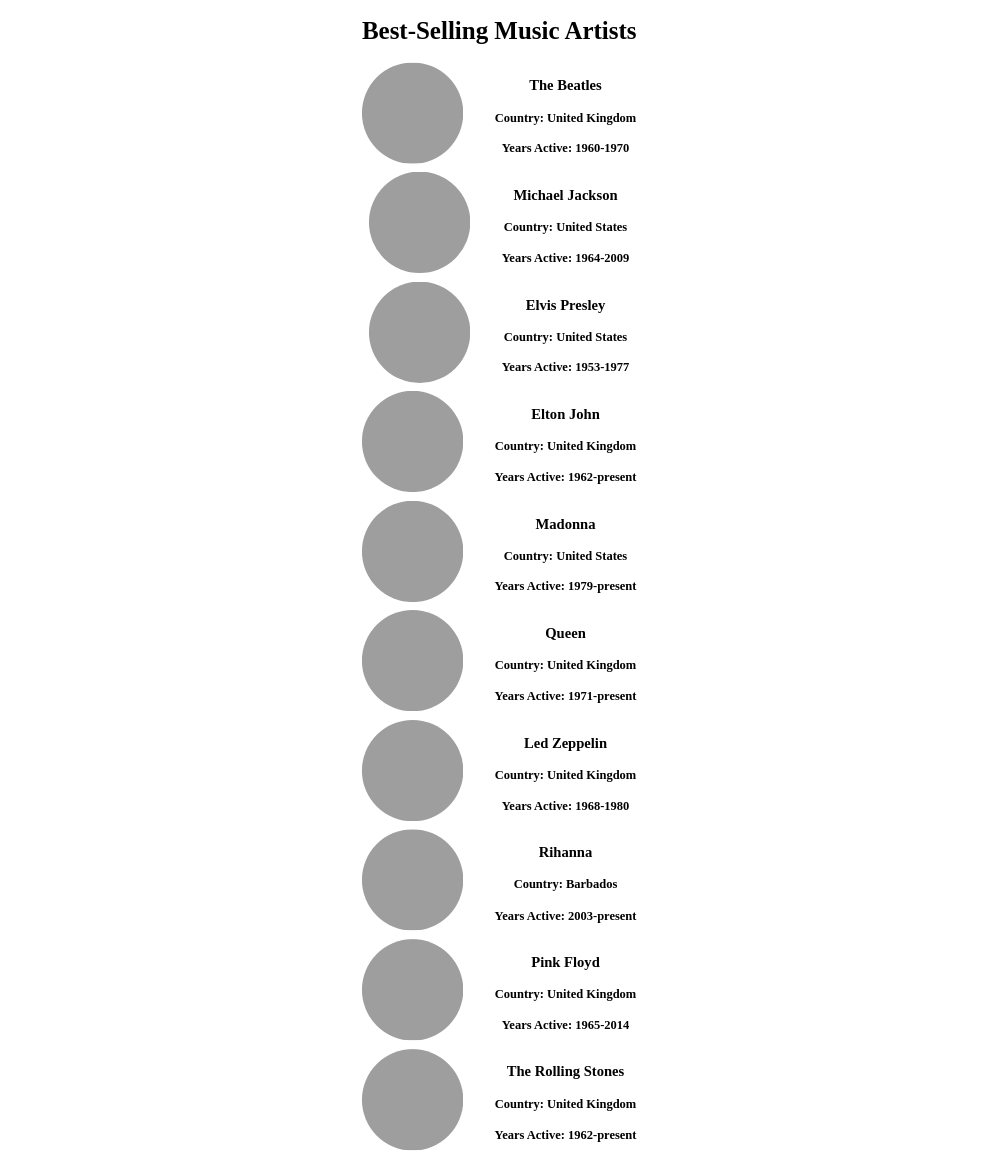
Repository: SamanthaYan298/my_artists
Page: /
These files come from the project's save history. The page is drawn as it stood at one moment and after the next save; the edit follows.
The browser window is 1280 px wide. The pictures show the whole page, at 78% of full size.
Pictures or frames that could not be fetched are drawn as grey boxes. The project was rebuilt for these pictures with package versions that can differ from the ones it lists, and the page was loaded fresh each time. Also part of the build but not shown: vite.config.js.

Above is the page before, as saved 2024-09-16 18:14:10.

### src/App.jsx
import { artists } from './best-selling-music-artists';
import ArtistDetails from './components/ArtistDetails';
import Layout from './components/Layout';

function App() {

  const artistsInfo = artists.map(artists => <ArtistDetails key={artists.name} artists={artists}/>)

  return (
    <Layout>
      <div className="app">
        <div>
          <h1>Best-Selling Music Artists</h1>
        </div>
        {artistsInfo}
      </div>
    </Layout>
  );
}

export default App;

### src/index.css
.layout {
    align-items: center;
    text-align: center;
}

.main-containter {
    display: flex;
    flex-direction: row;
    justify-content: center;
    gap: 40px;
}

### src/best-selling-music-artists.js
export const artists = [
    {
        name: 'The Beatles',
        photo_url: "https://upload.wikimedia.org/wikipedia/commons/9/9f/Beatles_ad_1965_just_the_beatles_crop.jpg",
        country: "United Kingdom",
        years_active: "1960-1970",
    },
    {
        name: 'Michael Jackson',
        photo_url: "https://upload.wikimedia.org/wikipedia/commons/8/83/Michael_Jackson_Dangerous_World_Tour_1993_cropped.png",
        country: "United States",
        years_active: "1964-2009",
    },
    {
        name: 'Elvis Presley',
        photo_url: "https://upload.wikimedia.org/wikipedia/commons/1/16/Elvis_Presley_1973_RCA_Records_and_Tapes_publicity_2_-_cropped.png",
        country: "United States",
        years_active: "1953-1977",
    },
    {
        name: 'Elton John',
        photo_url: "https://upload.wikimedia.org/wikipedia/commons/7/74/Elton_John_1980.png",
        country: "United Kingdom",
        years_active: "1962-present",
    },
    {
        name: 'Madonna',
        photo_url: "https://upload.wikimedia.org/wikipedia/commons/4/47/Madonna_II_A_1_%28cropped%29.jpg",
        country: "United States",
        years_active: "1979-present",
    },
    {
        name: 'Queen',
        photo_url: "https://upload.wikimedia.org/wikipedia/commons/a/ac/FreddieMercuryNov1977.jpg",
        country: "United Kingdom",
        years_active: "1971-present",
    },
    {
        name: 'Led Zeppelin',
        photo_url: "https://upload.wikimedia.org/wikipedia/commons/c/cc/Robert_Plant_at_the_Palace_Theatre%2C_Manchester.jpg",
        country: "United Kingdom",
        years_active: "1968-1980",
    },
    {
        name: 'Rihanna',
        photo_url: "https://upload.wikimedia.org/wikipedia/commons/b/b3/Rihanna_concert_in_Washington_DC_%28cropped%29.jpg",
        country: "Barbados",
        years_active: "2003-present",
    },
    {
        name: 'Pink Floyd',
        photo_url: "https://upload.wikimedia.org/wikipedia/commons/f/f2/David_Gilmour_Argentina_2015_%28cropped%29.jpg",
        country: "United Kingdom",
        years_active: "1965-2014",
    },
    {
        name: 'The Rolling Stones',
        photo_url: "https://upload.wikimedia.org/wikipedia/commons/0/06/Keith_Richards%2C_Mick_Jagger_performing_with_Rolling_Stones_at_Prudential_Center_2012-12-13.jpg",
        country: "United Kingdom",
        years_active: "1962-present",
    },
];

### src/components/ArtistDetails.jsx
function ArtistDetails(props) {

    const {artists} = props;

    return (
        <div className="main-containter">
            <div className="photos">
                <img
                    src={artists.photo_url}
                    alt={artists.name}
                    style={{
                        width: '130px',
                        height: '130px',
                        borderRadius: '50%',
                        objectFit: 'cover'
                    }}
                />
            </div>
            <div className="info">
            <h3>{artists.name}</h3>
            <h4>Country: {artists.country}</h4>
            <h4>Years Active: {artists.years_active}</h4>
            </div>
        </div>
    )
}

export default ArtistDetails;

### src/components/Layout.jsx
export default function Layout(props) {
    return (
        <div className="layout">
            {props.children}
        </div>
    )
}

Loaded but not shown: index.html (common file); src/main.jsx (common file)

After the next save:
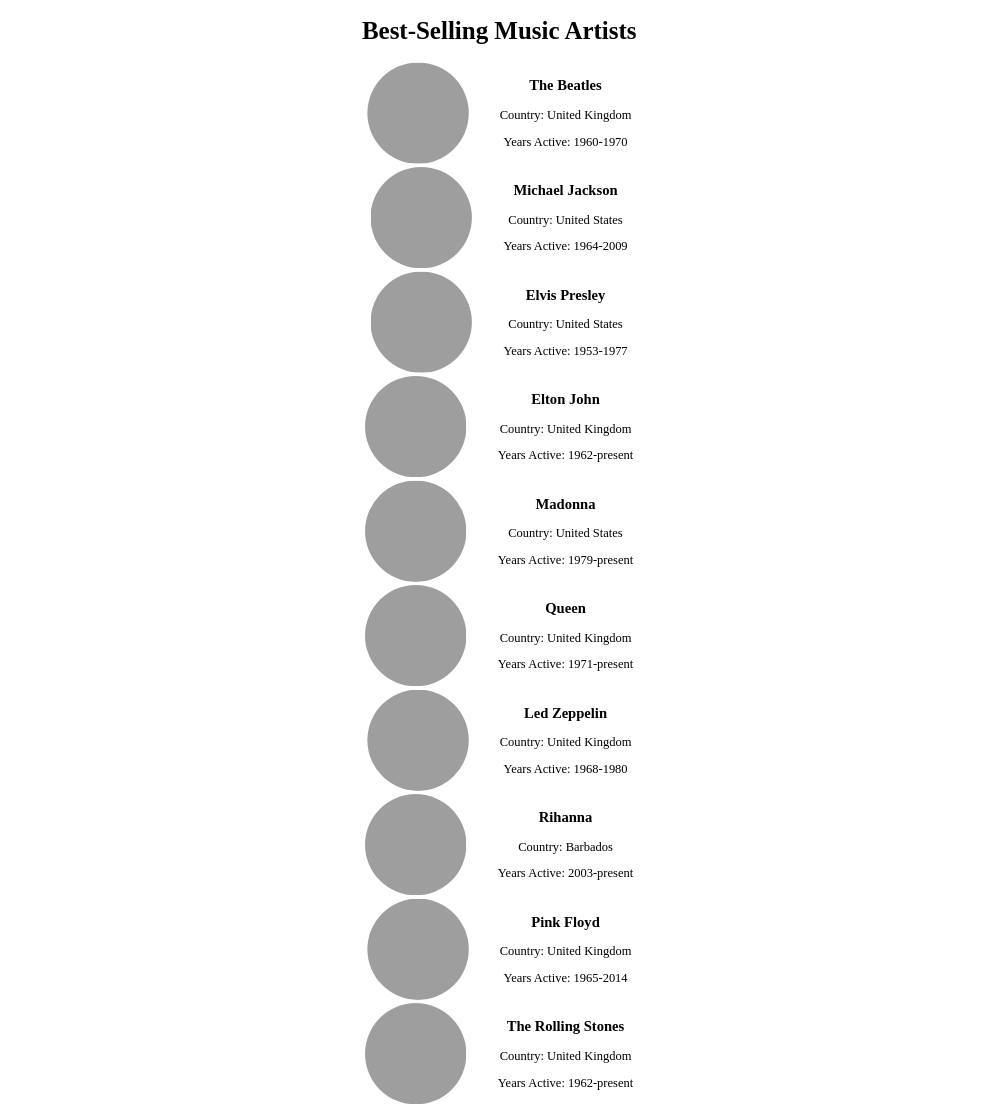
Saved 92 s later.
--- a/src/components/ArtistDetails.jsx
+++ b/src/components/ArtistDetails.jsx
@@ -18,8 +18,8 @@
             </div>
             <div className="info">
             <h3>{artists.name}</h3>
-            <h4>Country: {artists.country}</h4>
-            <h4>Years Active: {artists.years_active}</h4>
+            <p>Country: {artists.country}</p>
+            <p>Years Active: {artists.years_active}</p>
             </div>
         </div>
     )
